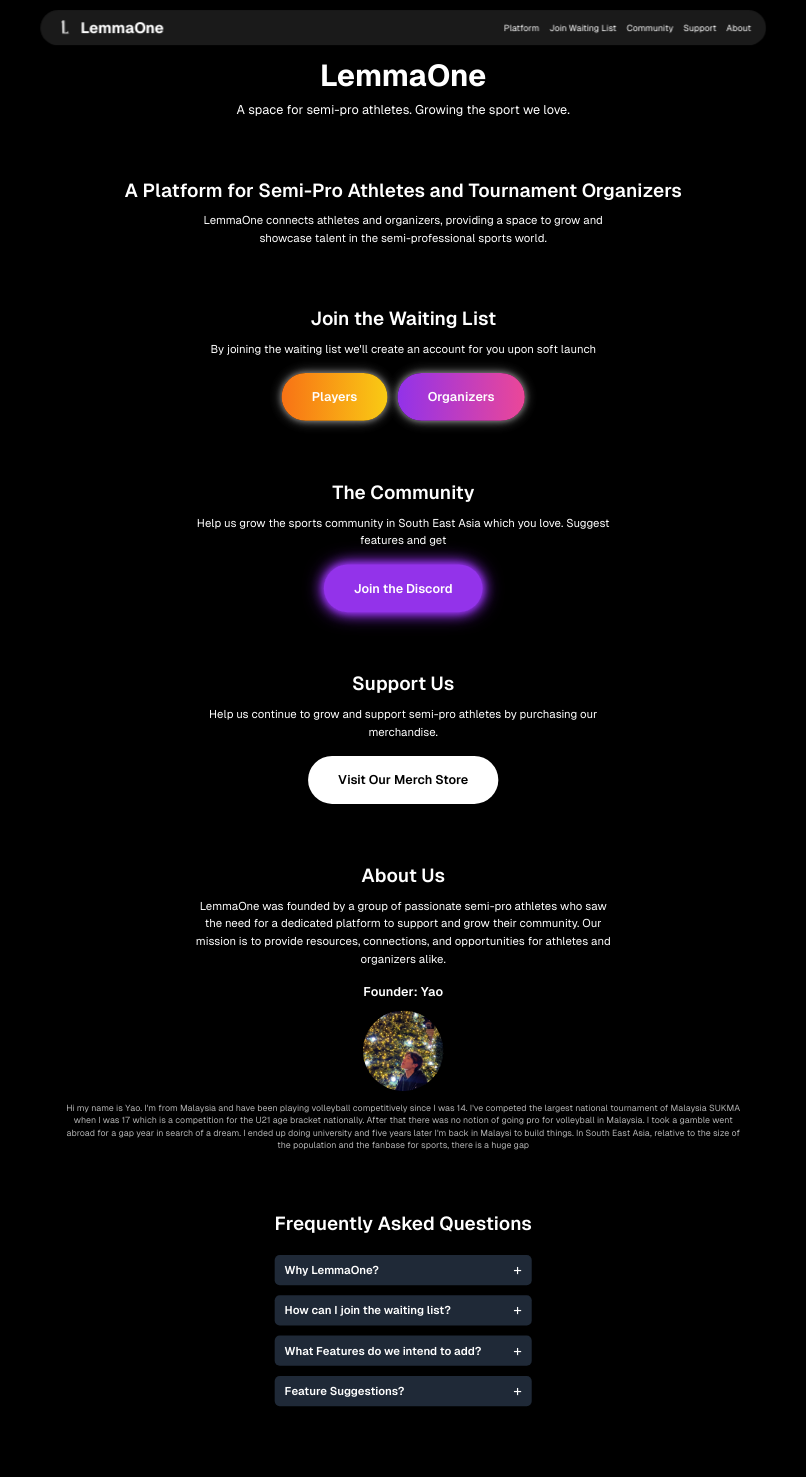
Repository: yao-creative/lemma-one-launch
Page: /
An editor plug-in stored every save of this project. The page is shown before and after the next save, followed by the edit.
The browser window is 1280 px wide. The pictures show the whole page, at 63% of full size.
The project was rebuilt for these pictures with package versions that can differ from the ones it lists, and the page was loaded fresh each time. The framework's server and built-in components were replaced by stand-ins that run in the browser. Also part of the build but not shown: next.config.js, next.config.mjs.

Above is the page before, as saved 2024-09-26 04:16:52.

### app/layout.tsx
import type { Metadata } from "next";
import localFont from "next/font/local";
import "./globals.css";

const geistSans = localFont({
  src: "./fonts/GeistVF.woff",
  variable: "--font-geist-sans",
  weight: "100 900",
});

const geistMono = localFont({
  src: "./fonts/GeistMonoVF.woff",
  variable: "--font-geist-mono",
  weight: "100 900",
});

const nikeFont = localFont({
  src: "./fonts/Futura-Condensed-Extra-Bold.otf",
  variable: "--font-nike",
});

export const metadata: Metadata = {
  title: "LemmaOne",
  description: "A space for semi-pro athletes. Growing the sport we love.",
};

export default function RootLayout({
  children,
}: Readonly<{
  children: React.ReactNode;
}>) {
  return (
    <html lang="en">
      <body
        className={`${geistSans.variable} ${geistMono.variable} ${nikeFont.variable} antialiased`}
      >
        {children}
      </body>
    </html>
  );
}

### app/page.tsx
'use client';

import { useRef, useState } from 'react';
import Image from 'next/image';

export default function Home() {
  const [menuOpen, setMenuOpen] = useState(false);
  const platformRef = useRef<HTMLElement>(null);
  const waitingListRef = useRef<HTMLElement>(null);
  const communityRef = useRef<HTMLElement>(null);
  const supportRef = useRef<HTMLElement>(null);
  const aboutRef = useRef<HTMLElement>(null);
  const faqRef = useRef<HTMLElement>(null);

  const scrollToSection = (ref: React.RefObject<HTMLElement>) => {
    ref.current?.scrollIntoView({ behavior: 'smooth' });
    setMenuOpen(false);
  };

  const [openFAQ, setOpenFAQ] = useState<number | null>(null);

  const toggleFAQ = (index: number) => {
    setOpenFAQ(openFAQ === index ? null : index);
  };

  const faqs = [
    {
      question: "Why LemmaOne?",
      answer: "A Lemma is a term in mathematics for an intermediate result or tool to prove a theorem. We are creating LemmaOne to prove that semi-pro sports is possible in South East Asia."
    },
    {
      question: "How can I join the waiting list?",
      answer: "You can join the waiting list by clicking on either the 'Players' or 'Organizers' button in the 'Join the Waiting List' section. We'll create an account for you upon soft launch."
    },
    {
      question: "What Features do we intend to add?",
      answer: "We're currently building a platform for sports hosting, but would like to grow into an interactive community to help build local tournaments to create a more immersive tournament experience, broaden their reach, and find new monetization methods. This way we can help grow a sustainable semi-pro sports community in South East Asia. "
    },
    {
      question: "Feature Suggestions?",
      answer: "We're always looking for new ideas an feature improvements. Join the Discord to build a community with us."
    }
  ];

  return (
    <div className="min-h-screen bg-black text-white">
      <nav className="fixed top-0 left-0 right-0 z-10">
        <div className="mx-auto max-w-6xl mt-4 px-6 py-3 bg-white/10 backdrop-blur-md rounded-full flex justify-between items-center">
          <div className="flex items-center space-x-2">
            <Image src="/logo192.png" alt="LemmaOne Logo" width={32} height={32} />
            <h1 className="text-2xl font-bold font-nike">LemmaOne</h1>
          </div>
          <div className="hidden md:flex space-x-4 items-center">
            <button onClick={() => scrollToSection(platformRef)} className="text-sm hover:text-gray-300">Platform</button>
            <button onClick={() => scrollToSection(waitingListRef)} className="text-sm hover:text-gray-300">Join Waiting List</button>
            <button onClick={() => scrollToSection(communityRef)} className="text-sm hover:text-gray-300">Community</button>
            <button onClick={() => scrollToSection(supportRef)} className="text-sm hover:text-gray-300">Support</button>
            <button onClick={() => scrollToSection(aboutRef)} className="text-sm hover:text-gray-300">About</button>
          </div>
          <button onClick={() => setMenuOpen(!menuOpen)} className="md:hidden">
            <svg className="w-6 h-6" fill="none" stroke="currentColor" viewBox="0 0 24 24" xmlns="http://www.w3.org/2000/svg">
              <path strokeLinecap="round" strokeLinejoin="round" strokeWidth={2} d="M4 6h16M4 12h16M4 18h16" />
            </svg>
          </button>
        </div>
        {menuOpen && (
          <div className="md:hidden absolute top-full left-0 right-0 bg-black/90 backdrop-blur-md py-4">
            <button onClick={() => scrollToSection(platformRef)} className="block w-full text-left px-6 py-2 hover:bg-white/10">Platform</button>
            <button onClick={() => scrollToSection(waitingListRef)} className="block w-full text-left px-6 py-2 hover:bg-white/10">Join Waiting List</button>
            <button onClick={() => scrollToSection(communityRef)} className="block w-full text-left px-6 py-2 hover:bg-white/10">Community</button>
            <button onClick={() => scrollToSection(supportRef)} className="block w-full text-left px-6 py-2 hover:bg-white/10">Support</button>
            <button onClick={() => scrollToSection(aboutRef)} className="block w-full text-left px-6 py-2 hover:bg-white/10">About</button>
          </div>
        )}
      </nav>

      <main className="flex min-h-screen flex-col items-center justify-between p-24 space-y-24">
        <section className="text-center flex flex-col items-center">
          <h2 className="text-4xl md:text-5xl font-bold font-nike mb-4">LemmaOne</h2>
          <p className="text-lg md:text-xl max-w-2xl">A space for semi-pro athletes. Growing the sport we love.</p>
        </section>

        <section ref={platformRef} className="text-center flex flex-col items-center">
          <h3 className="text-2xl md:text-3xl font-semibold font-nike mb-4">A Platform for Semi-Pro Athletes and Tournament Organizers</h3>
          <p className="text-base md:text-lg max-w-2xl">
            LemmaOne connects athletes and organizers, providing a space to grow and showcase talent in the semi-professional sports world.
          </p>
        </section>

        <section ref={waitingListRef} className="text-center flex flex-col items-center">
          <h3 className="text-2xl md:text-3xl font-semibold font-nike mb-4">Join the Waiting List</h3>
          <p className="text-base md:text-lg mb-6 max-w-2xl">
            By joining the waiting list we'll create an account for you upon soft launch
          </p>
          <div className="flex flex-col md:flex-row justify-center space-y-4 md:space-y-0 md:space-x-4">
            <button className="px-12 py-6 rounded-full text-xl font-semibold text-white bg-gradient-to-r from-orange-500 to-yellow-400 hover:from-orange-600 hover:to-yellow-500 transition-all duration-300 animate-pulse-subtle glow-button">
              Players
            </button>
            <button className="px-12 py-6 rounded-full text-xl font-semibold text-white bg-gradient-to-r from-purple-600 to-pink-500 hover:from-purple-700 hover:to-pink-600 transition-all duration-300 animate-pulse-subtle glow-button">
              Organizers
            </button>
          </div>
        </section>

        <section ref={communityRef} className="text-center flex flex-col items-center">
          <h3 className="text-2xl md:text-3xl font-semibold font-nike mb-4">The Community</h3>
          <p className="text-base md:text-lg mb-6 max-w-2xl">
            Help us grow the sports community in South East Asia which you love. Suggest features and get
          </p>
          <a href="https://discord.gg/QztR7ZPM" className="inline-block px-12 py-6 rounded-full text-xl bg-purple-600 text-white font-semibold hover:bg-purple-700 transition-colors duration-300 neon-button">
            Join the Discord
          </a>
        </section>

        <section ref={supportRef} className="text-center flex flex-col items-center">
          <h3 className="text-2xl md:text-3xl font-semibold font-nike mb-4">Support Us</h3>
          <p className="text-base md:text-lg mb-6 max-w-2xl">
            Help us continue to grow and support semi-pro athletes by purchasing our merchandise.
          </p>
          <a href="#" className="inline-block px-12 py-6 rounded-full text-xl bg-white text-black font-semibold hover:bg-gray-200 transition-colors duration-300">
            Visit Our Merch Store
          </a>
        </section>

        <section ref={aboutRef} className="text-center flex flex-col items-center">
          <h3 className="text-2xl md:text-3xl font-semibold font-nike mb-4">About Us</h3>
          <p className="text-base md:text-lg max-w-2xl">
            LemmaOne was founded by a group of passionate semi-pro athletes who saw the need for a dedicated platform to support and grow their community. Our mission is to provide resources, connections, and opportunities for athletes and organizers alike.
          </p>
          <div className="mt-6">
            <h3 className="text-xl font-semibold mb-4">Founder: Yao</h3>
            <div className="relative w-32 h-32 mx-auto mb-4">
              <Image
                src="/about/profile.jpg"
                alt="Yao - Founder"
                layout="fill"
                objectFit="cover"
                className="rounded-full"
              />
            </div>
            <p className="text-sm opacity-70">
              Hi my name is Yao. I'm from Malaysia and have been playing volleyball competitively since I was 14. I've competed the largest national tournament of Malaysia SUKMA when I was 17 which is a competition for the U21 age bracket nationally. After that there was no notion of going pro for volleyball in Malaysia. I took a gamble went abroad for a gap year in search of a dream. I ended up doing university and five years later I'm back in Malaysi to build things. In South East Asia, relative to the size of the population and the fanbase for sports, there is a huge gap
            </p>
          </div>
        </section>

        <section ref={faqRef} className="text-center flex flex-col items-center">
          <h3 className="text-2xl md:text-3xl font-semibold font-nike mb-8">Frequently Asked Questions</h3>
          <div className="w-full max-w-2xl">
            {faqs.map((faq, index) => (
              <div key={index} className="mb-4">
                <button
                  className="flex justify-between items-center w-full text-left px-4 py-2 bg-gray-800 hover:bg-gray-700 transition-colors duration-300 rounded-lg"
                  onClick={() => toggleFAQ(index)}
                >
                  <span className="text-lg font-semibold">{faq.question}</span>
                  <span className="text-2xl">{openFAQ === index ? '−' : '+'}</span>
                </button>
                {openFAQ === index && (
                  <div className="mt-2 px-4 py-2 bg-gray-900 rounded-lg">
                    <p className="text-base">{faq.answer}</p>
                  </div>
                )}
              </div>
            ))}
          </div>
        </section>
      </main>
    </div>
  );
}

### app/globals.css
@tailwind base;
@tailwind components;
@tailwind utilities;

:root {
  --background: #000000;
  --foreground: #ffffff;
}

@media (prefers-color-scheme: dark) {
  :root {
    --background: #0a0a0a;
    --foreground: #ededed;
  }
}

body {
  color: var(--foreground);
  background: var(--background);
  font-family: var(--font-geist-sans), Arial, sans-serif;
}

@layer utilities {
  .text-balance {
    text-wrap: balance;
  }
}

@keyframes pulse-subtle {
  0%, 100% {
    opacity: 1;
  }
  50% {
    opacity: 0.8;
  }
}

.animate-pulse-subtle {
  animation: pulse-subtle 2s cubic-bezier(0.4, 0, 0.6, 1) infinite;
}

.glow-button {
  box-shadow: 0 0 10px rgba(255, 255, 255, 0.5), 0 0 20px rgba(255, 255, 255, 0.3), 0 0 30px rgba(255, 255, 255, 0.1);
  transition: all 0.3s ease;
}

.glow-button:hover {
  box-shadow: 0 0 15px rgba(255, 255, 255, 0.7), 0 0 25px rgba(255, 255, 255, 0.5), 0 0 35px rgba(255, 255, 255, 0.3);
}

.neon-button {
  box-shadow: 0 0 10px #9333ea, 0 0 20px #9333ea, 0 0 30px #9333ea;
  animation: neon-glow 1.5s ease-in-out infinite alternate;
}

@keyframes neon-glow {
  from {
    box-shadow: 0 0 10px #9333ea, 0 0 20px #9333ea, 0 0 30px #9333ea;
  }
  to {
    box-shadow: 0 0 20px #9333ea, 0 0 30px #9333ea, 0 0 40px #9333ea;
  }
}

@keyframes pulse {
  0%, 100% {
    opacity: 1;
  }
  50% {
    opacity: 0.5;
  }
}

.animate-pulse {
  animation: pulse 2s cubic-bezier(0.4, 0, 0.6, 1) infinite;
}

Loaded but not shown: tailwind.config.ts (common file)

After the next save:
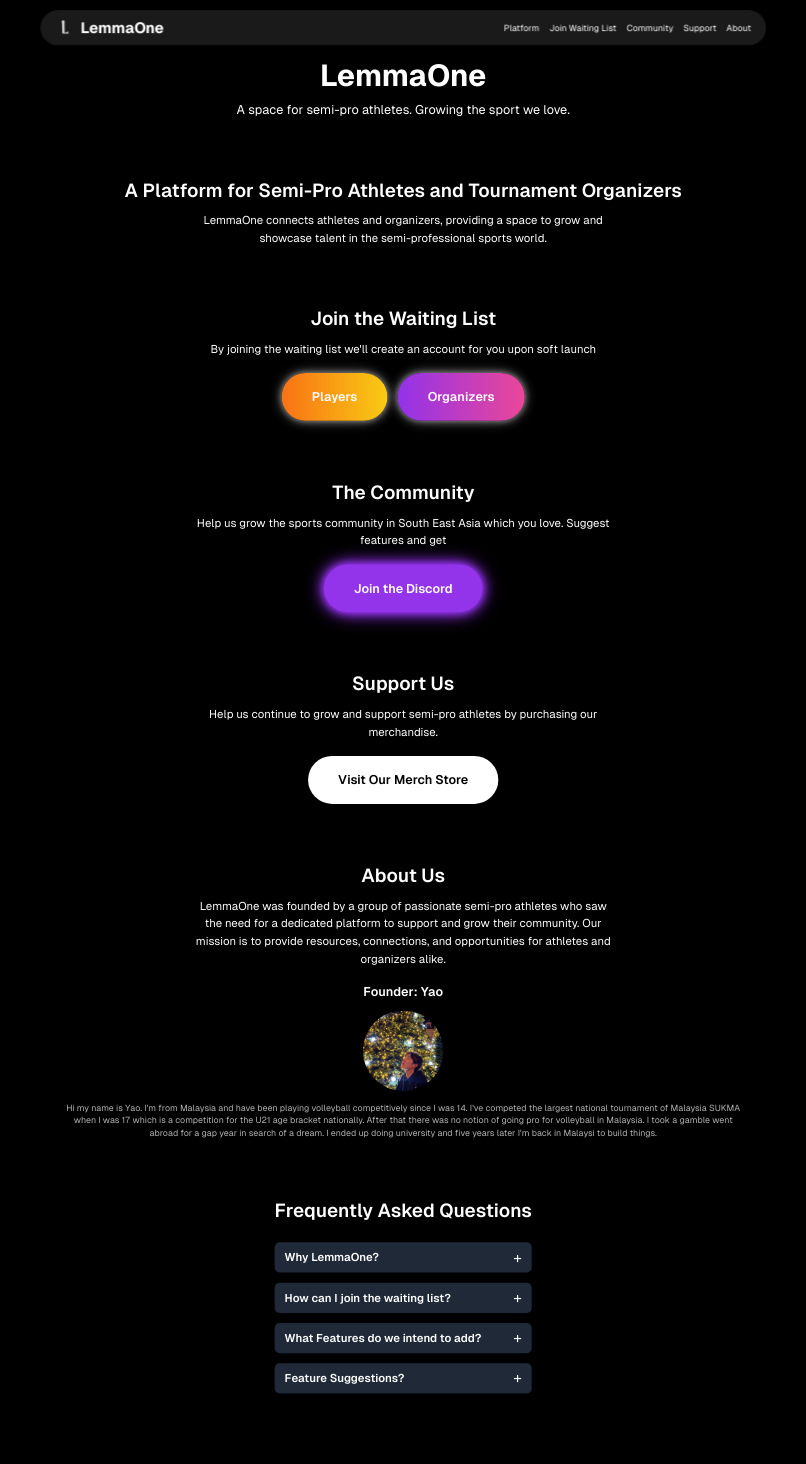
Saved 14 s later.
--- a/app/page.tsx
+++ b/app/page.tsx
@@ -139,7 +139,7 @@
               />
             </div>
             <p className="text-sm opacity-70">
-              Hi my name is Yao. I'm from Malaysia and have been playing volleyball competitively since I was 14. I've competed the largest national tournament of Malaysia SUKMA when I was 17 which is a competition for the U21 age bracket nationally. After that there was no notion of going pro for volleyball in Malaysia. I took a gamble went abroad for a gap year in search of a dream. I ended up doing university and five years later I'm back in Malaysi to build things. In South East Asia, relative to the size of the population and the fanbase for sports, there is a huge gap
+              Hi my name is Yao. I'm from Malaysia and have been playing volleyball competitively since I was 14. I've competed the largest national tournament of Malaysia SUKMA when I was 17 which is a competition for the U21 age bracket nationally. After that there was no notion of going pro for volleyball in Malaysia. I took a gamble went abroad for a gap year in search of a dream. I ended up doing university and five years later I'm back in Malaysi to build things.
             </p>
           </div>
         </section>
